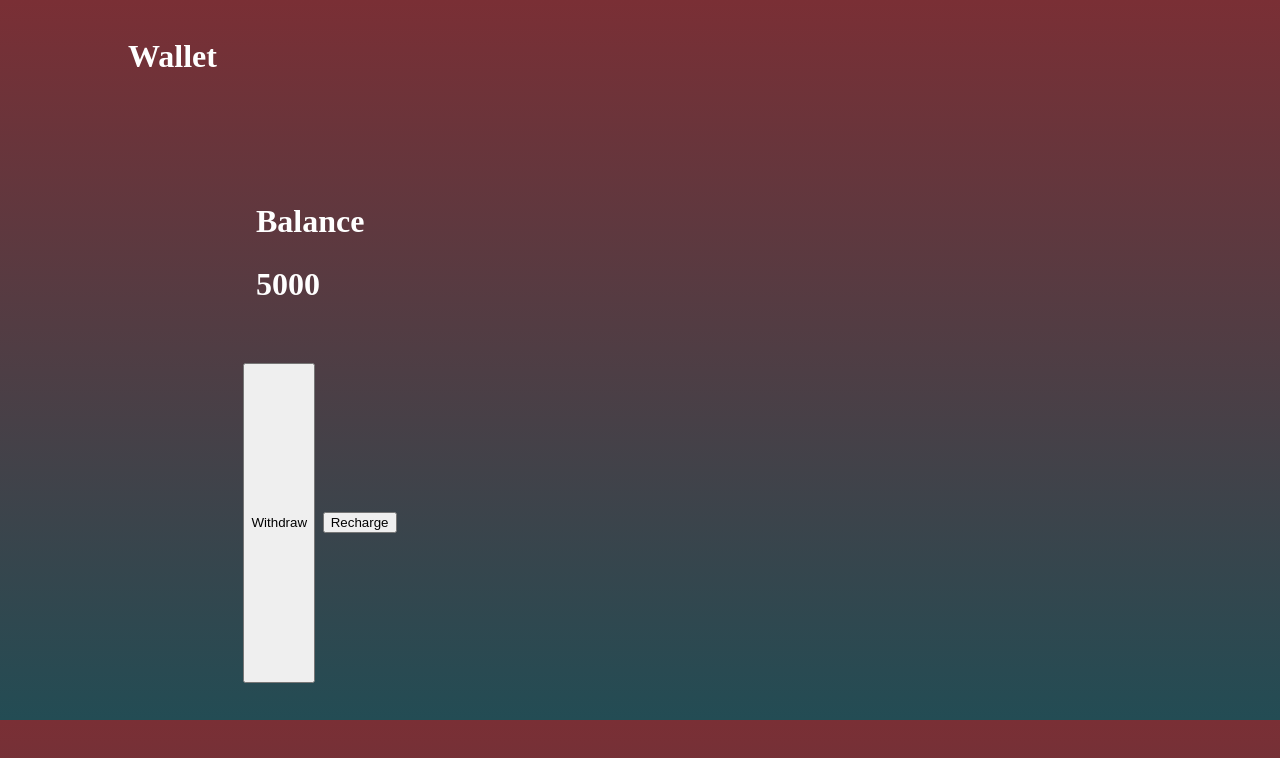
Repository: jagan607/N-Kalari
Page: /
An editor plug-in stored every save of this project. The page is shown before and after the next save, followed by the edit.
The browser window is 1280 px wide. The pictures show the whole page.
The project was rebuilt for these pictures with package versions that can differ from the ones it lists, and the page was loaded fresh each time. Also part of the build but not shown: src/App.css, src/helpers/firebase.js, src/components/Login/Login.js.

Above is the page before, as saved 2022-01-07 17:30:00.

After the next save:
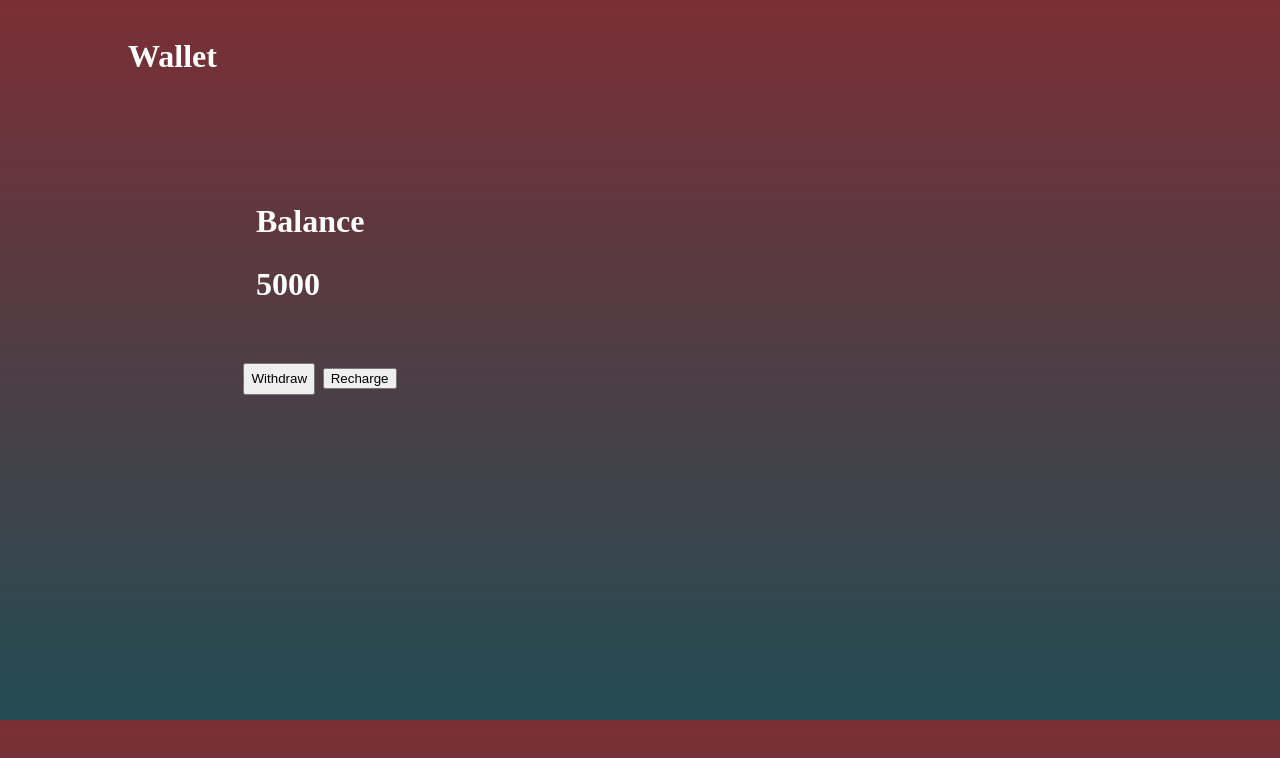
Saved 4 s later.
--- a/src/components/wallet/index.css
+++ b/src/components/wallet/index.css
@@ -28,5 +28,5 @@
 
 .withdraw{
     margin-right: 2%;
-    height: 20rem;
+    height: 2rem;
 }
